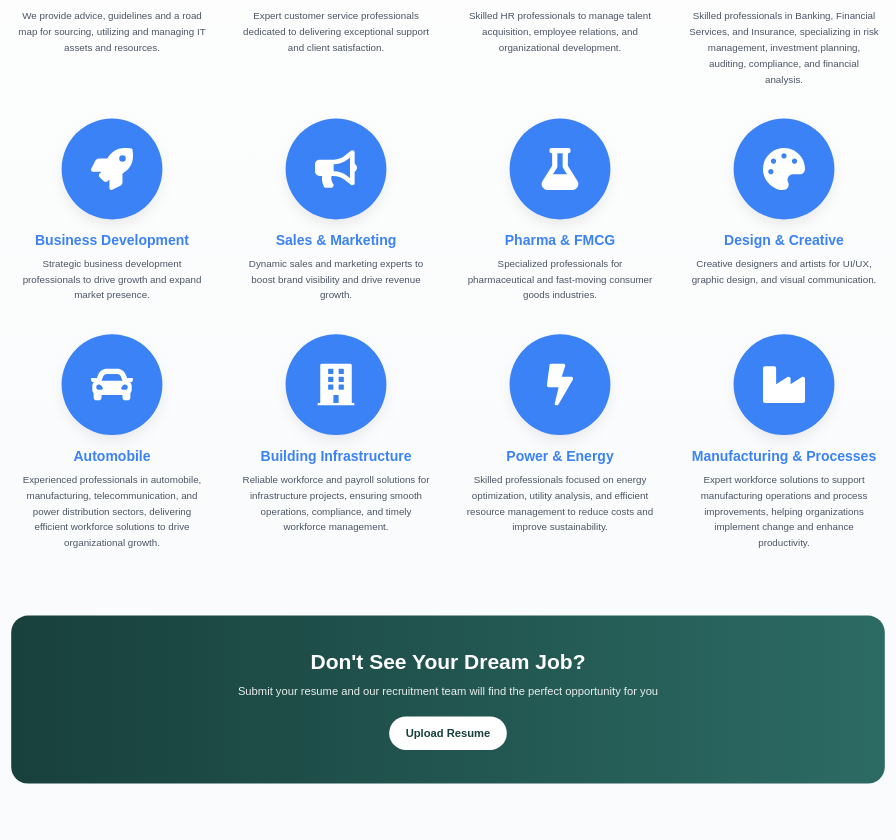
Repository: deepak445566/hiringnew
Page: / (app in hiring/)
The author's editor kept a copy of each file at every save. The page is drawn from the files as they stood at one save, then again after a run of saves.
The browser window is 1280 px wide. The pictures show the part of the page from y = 1368 to 3288 px (the page is 2568 px tall before and 3288 px after), at 70% of full size.
The project was rebuilt for these pictures with package versions that can differ from the ones it lists, and the page was loaded fresh each time. The framework's server and built-in components were replaced by stand-ins that run in the browser. Also part of the build but not shown: hiring/next.config.mjs.

Above is the page before, as saved 2026-03-26 14:03:41.

### hiring/src/app/layout.js
import { Geist, Geist_Mono } from "next/font/google";
import "./globals.css";
import Navbar from "@/components/Navbar";

const geistSans = Geist({
  variable: "--font-geist-sans",
  subsets: ["latin"],
});

const geistMono = Geist_Mono({
  variable: "--font-geist-mono",
  subsets: ["latin"],
});

// ✅ SEO Optimized Metadata
export const metadata = {
  title: {
    default: "ZHS Hiring Solutions | Recruitment Company in India",
    template: "%s | ZHS Hiring Solutions",
  },
  description:
    "ZHS Hiring Solutions is a leading recruitment and staffing company in India providing IT & non-IT hiring, HR consulting, and workforce solutions.",

  keywords: [
    "recruitment company",
    "hiring company India",
    "staffing solutions",
    "IT recruitment",
    "HR consultancy",
    "jobs in India",
  ],

  authors: [{ name: "ZHS Hiring Solutions" }],
  creator: "ZHS Hiring Solutions",

  metadataBase: new URL("https://yourdomain.com"),

  openGraph: {
    title: "ZHS Hiring Solutions",
    description:
      "Top recruitment company for IT & non-IT hiring services in India.",
    url: "https://yourdomain.com",
    siteName: "ZHS Hiring Solutions",
    locale: "en_IN",
    type: "website",
  },

  robots: {
    index: true,
    follow: true,
  },
};

export default function RootLayout({ children }) {
  return (
    <html
      lang="en"
      className={`${geistSans.variable} ${geistMono.variable} h-full antialiased`}
    >
      <body className="min-h-full flex flex-col">
        <Navbar/>
        {children}
      </body>
    </html>
  );
}

### hiring/src/app/page.js
import HeroPage from '@/components/HeroPage'
import SectorsPage from '@/components/SectorsPage'
import React from 'react'

function page() {
  return (
  <>
  <HeroPage/>
  <SectorsPage/>
  </>
  )
}

export default page

### hiring/src/components/Navbar.jsx
"use client";

import { useState, useEffect } from "react";
import Link from "next/link";
import { usePathname } from "next/navigation";
import {
  FaBars,
  FaTimes,
  FaHome,
  FaInfoCircle,
  FaBriefcase,
  FaUserTie,
  FaEnvelope,
} from "react-icons/fa";

const Navbar = () => {
  const [isOpen, setIsOpen] = useState(false);
  const [scrolled, setScrolled] = useState(false);

  const pathname = usePathname(); // ✅ current route

  const navLinks = [
    { id: "home", name: "Home", path: "/", icon: FaHome },
    { id: "about", name: "About", path: "/about", icon: FaInfoCircle },
    { id: "services", name: "Services", path: "/services", icon: FaBriefcase },
    { id: "career", name: "Career", path: "/career", icon: FaUserTie },
    { id: "contact", name: "Contact Us", path: "/contact", icon: FaEnvelope },
  ];

  // Scroll effect
  useEffect(() => {
    const handleScroll = () => {
      setScrolled(window.scrollY > 50);
    };

    window.addEventListener("scroll", handleScroll);
    return () => window.removeEventListener("scroll", handleScroll);
  }, []);

  return (
    <nav
      className={`fixed top-0 left-0 w-full z-50 transition-all duration-300 ${
        scrolled ? "bg-white shadow-lg py-2" : "bg-transparent py-2"
      }`}
    >
      <div className="container mx-auto px-4">
        <div className="flex justify-between items-center">

          {/* Logo */}
          <Link href="/" className="cursor-pointer">
            <img src="/images/logo5.png" className="h-12 w-auto" alt="logo" />
          </Link>

          {/* Desktop */}
          <div className="hidden md:flex items-center gap-2">
            {navLinks.map((link) => {
              const Icon = link.icon;
              const isActive = pathname === link.path;

              return (
                <Link
                  key={link.id}
                  href={link.path}
                  className={`px-4 py-2 rounded-full flex items-center gap-2 transition ${
                    isActive
                      ? "text-[#18403C] bg-[#18403C]/10"
                      : "text-gray-600 hover:text-[#18403C]"
                  }`}
                >
                  <Icon />
                  {link.name}
                </Link>
              );
            })}
          </div>

          {/* Mobile Button */}
          <button
            onClick={() => setIsOpen(!isOpen)}
            className="md:hidden"
          >
            {isOpen ? <FaTimes size={24} /> : <FaBars size={24} />}
          </button>
        </div>

        {/* Mobile Menu */}
        {isOpen && (
          <div className="md:hidden mt-4 bg-white p-4 rounded-xl shadow">
            {navLinks.map((link) => {
              const Icon = link.icon;
              const isActive = pathname === link.path;

              return (
                <Link
                  key={link.id}
                  href={link.path}
                  onClick={() => setIsOpen(false)}
                  className={`flex items-center gap-3 p-3 rounded-lg ${
                    isActive
                      ? "bg-[#18403C]/10 text-[#18403C]"
                      : "text-gray-600"
                  }`}
                >
                  <Icon />
                  {link.name}
                </Link>
              );
            })}
          </div>
        )}
      </div>
    </nav>
  );
};

export default Navbar;

### hiring/src/components/HeroPage.jsx
"use client";

import { useState, useEffect } from "react";
import { useRouter } from "next/navigation";
import Image from "next/image";

const HeroPage = () => {
  const router = useRouter();

  const goservice = () => {
    router.push("/services");
  };

  const gocareer = () => {
    router.push("/career");
  };

  const [currentSlide, setCurrentSlide] = useState(0);

  const slides = [
    { url: "/images/main1.jpg", alt: "Recruitment background 1" },
    { url: "/images/ne7.jpg", alt: "Recruitment background 2" },
    { url: "/images/ne3.jpg", alt: "Recruitment background 3" },
    { url: "/images/ne5.jpg", alt: "Recruitment background 4" },
  ];

  useEffect(() => {
    const interval = setInterval(() => {
      setCurrentSlide((prev) => (prev + 1) % slides.length);
    }, 5000);

    return () => clearInterval(interval);
  }, [slides.length]);

  const goToSlide = (index) => {
    setCurrentSlide(index);
  };

  return (
    <div className="relative min-h-screen w-full overflow-hidden">

      {/* Background Slider */}
      <div className="absolute inset-0">
        {slides.map((slide, index) => (
          <div
            key={index}
            className={`absolute inset-0 transition-opacity duration-1000 ${
              index === currentSlide ? "opacity-100" : "opacity-0"
            }`}
          >
            <Image
              src={slide.url}
              alt={slide.alt}
              fill
              priority={index === 0}
              className="object-cover"
            />
            <div className="absolute inset-0 bg-black/30"></div>
          </div>
        ))}
      </div>

      {/* Dots */}
      <div className="absolute bottom-8 left-1/2 -translate-x-1/2 z-20 flex gap-3">
        {slides.map((_, index) => (
          <button
            key={index}
            onClick={() => goToSlide(index)}
            className={`h-3 rounded-full ${
              index === currentSlide
                ? "bg-white w-6"
                : "bg-white/50 w-3"
            }`}
          />
        ))}
      </div>

      {/* Content */}
      <div className="relative z-10 flex min-h-screen items-center">
        <div className="container mx-auto px-4 mt-20">
          <div className="max-w-2xl">

            <h1 className="text-4xl md:text-5xl font-light text-white mb-4 park">
              <span className="font-semibold">Recruitment</span> process <br />
              with smart solutions.
            </h1>

            <p className="text-gray-200 mb-8">
              Your trusted partner in recruitment, connecting top talent with opportunities.
            </p>

            <div className="flex flex-col sm:flex-row gap-4">

              <button
                onClick={gocareer}
                className="px-8 py-3 bg-white text-[#1F514C] rounded-full font-semibold"
              >
                Free Consultation
              </button>

              <button
                onClick={goservice}
                className="px-8 py-3 border-2 border-white text-white rounded-full"
              >
                Explore Our Services
              </button>

            </div>
          </div>
        </div>
      </div>
    </div>
  );
};

export default HeroPage;

### hiring/src/components/ImageCardWrapper.jsx
"use client";

import React from "react";
import Image from "next/image";

const SplitPage = () => {
  return (
    <div className="min-h-screen bg-[#1F514C]">
      <div className="flex flex-col md:flex-row min-h-screen">

        {/* Left Section - 35% Width */}
        <div className="w-full md:w-[35%] bg-[#1F514C] text-white p-4 flex flex-col justify-center">
          <h1 className="mb-3 text-md bg-[#35625D] w-fit rounded-4xl px-4 py-2 font-medium">Our Services</h1>
          {/* Heading */}
          <h1 className="text-3xl md:text-4xl lg:text-5xl font-medium mb-6">
            Platform that matches with<span className="text-[#AEDA94]"> top-tier talent.</span>
          </h1>

          {/* Paragraph */}
          <p className="text-sm md:text-md text-indigo-100 mb-8 leading-relaxed">
            Our tailored approach integrates seamlessly with your existing systems, ensuring a smooth experience from start to finish.
          </p>

          {/* Button */}
          <button className="inline-flex items-center justify-center gap-2 px-8 py-3 bg-white text-[#1F514C] font-semibold rounded-lg transition duration-300 transform hover:scale-105 shadow-lg w-fit group">
            <span>Our Services</span>
            <img src="/images/ok2.svg" alt="Arrow icon" />
          </button>
        </div>

        {/* Right Section - 65% Width */}
        <div className="w-full md:w-[65%] flex flex-col">

          {/* Top Section - 10% Height */}
          <div className="h-[10%] bg-[#1F514C] border-b border-[#1F514C] px-6 md:px-8 lg:px-12 flex items-center">
            <div className="flex flex-wrap gap-2 mt-3">
              {/* Tag 1 */}
              <span className="px-2 py-2 bg-indigo-100 text-indigo-700 rounded-full text-sm font-semibold hover:bg-indigo-200 transition cursor-pointer">
                Custom Recruitment Strategies
              </span>
              {/* Tag 2 */}
              <span className="px-2 py-2 bg-green-100 text-green-700 rounded-full text-sm font-semibold hover:bg-green-200 transition cursor-pointer">
                Advanced Candidate Matching
              </span>
              {/* Tag 3 */}
              <span className="px-2 py-2 bg-purple-100 text-purple-700 rounded-full text-sm font-semibold hover:bg-purple-200 transition cursor-pointer">
                Seamless HR Integration
              </span>
            </div>
          </div>

          {/* Bottom Section - 90% Height */}
          <div className="h-[90%] bg-[#1F514C] p-6 md:p-8 lg:p-12 overflow-auto">
            <div className="bg-[#35625D] border border-white rounded-2xl shadow-xl overflow-hidden h-full">
              <div className="flex flex-col lg:flex-row h-full">

                {/* Left side of bottom section - Content */}
                <div className="w-full lg:w-[60%] p-6 md:p-8">
                  {/* Heading */}
                  <h2 className="text-2xl md:text-3xl font-bold text-white mb-4">
                    We know every business has unique hiring needs.
                  </h2>

                  {/* Paragraph */}
                  <p className="text-white mb-6 leading-relaxed">
                    We learn about your specific workforce demands and design a recruitment process that attracts the right candidates, enhancing the quality of your hires
                  </p>

                  {/* Bullet Points */}
                  <div className="space-y-3 lg:mb-20">
                    <div className="flex items-start gap-3">
                      <svg className="w-6 h-6 text-white mt-1 flex-shrink-0" fill="none" stroke="currentColor" viewBox="0 0 24 24">
                        <path strokeLinecap="round" strokeLinejoin="round" strokeWidth={2} d="M5 13l4 4L19 7" />
                      </svg>
                      <span className="text-white">Better Talent Fit</span>
                    </div>
                    <div className="flex items-start gap-3">
                      <svg className="w-6 h-6 text-white mt-1 flex-shrink-0" fill="none" stroke="currentColor" viewBox="0 0 24 24">
                        <path strokeLinecap="round" strokeLinejoin="round" strokeWidth={2} d="M5 13l4 4L19 7" />
                      </svg>
                      <span className="text-white">Enhanced Hiring Quality</span>
                    </div>
                    <div className="flex items-start gap-3">
                      <svg className="w-6 h-6 text-white mt-1 flex-shrink-0" fill="none" stroke="currentColor" viewBox="0 0 24 24">
                        <path strokeLinecap="round" strokeLinejoin="round" strokeWidth={2} d="M5 13l4 4L19 7" />
                      </svg>
                      <span className="text-white">Reduced Turnover</span>
                    </div>
                  </div>
                </div>

                {/* Right side of bottom section - Image */}
                <div className="w-full lg:w-[40%] bg-indigo-50 flex items-center justify-center">
                  <Image
                    src="/images/women.jpeg"
                    alt="Team collaboration"
                    width={500}
                    height={500}
                    className="w-full h-full object-cover shadow-lg"
                    priority
                  />
                </div>
              </div>
            </div>
          </div>
        </div>
      </div>
    </div>
  );
};

export default SplitPage;

Loaded but not shown: hiring/src/app/globals.css (common file); hiring/src/components/SectorsPage.jsx (289 lines, source omitted)

After the next 4 saves:
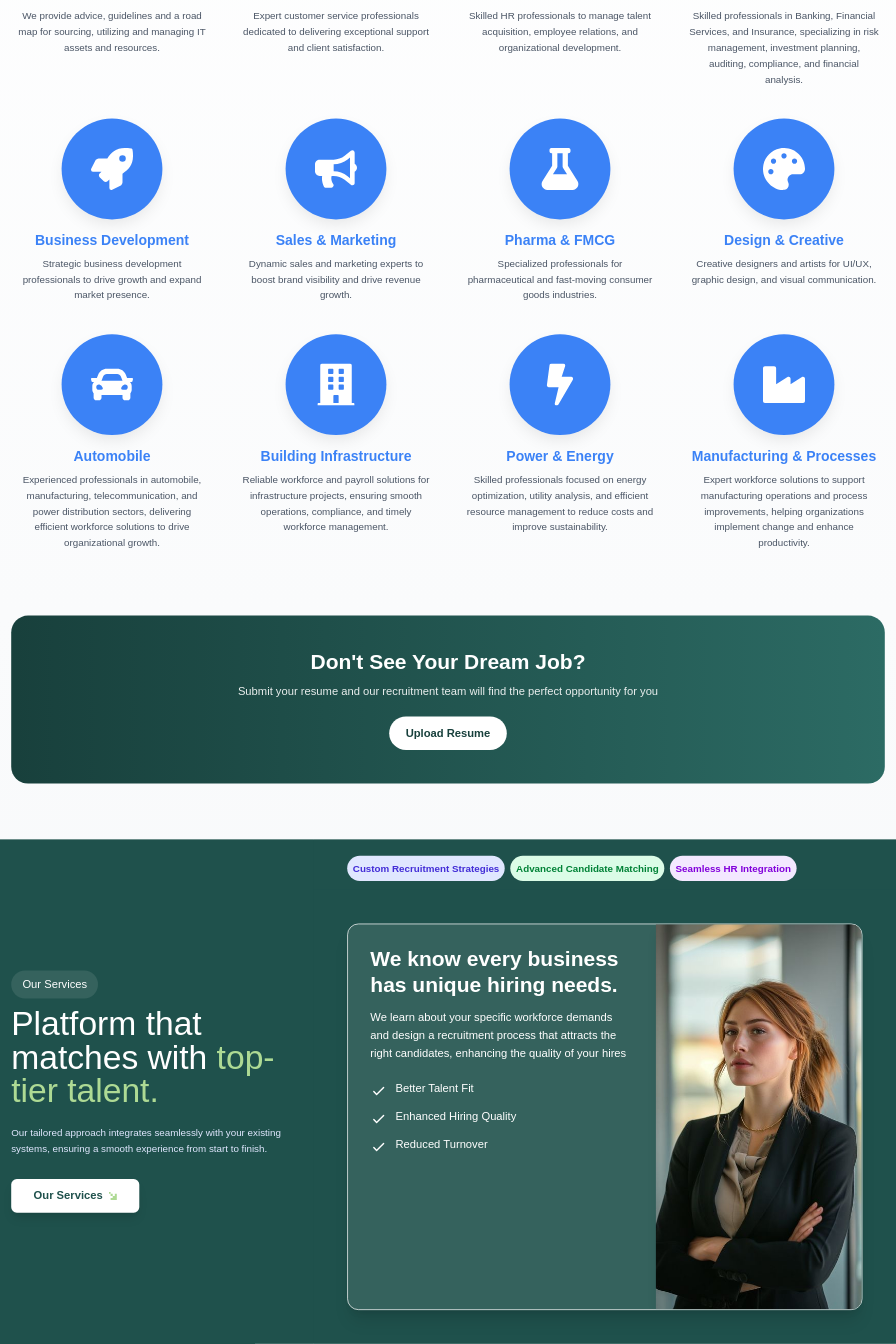
The 4 saves are shown as one change because 1 did not build or start and some came seconds apart.
The last was saved 29 s later.
--- a/hiring/src/app/page.js
+++ b/hiring/src/app/page.js
@@ -1,4 +1,5 @@
 import HeroPage from '@/components/HeroPage'
+import SplitPage from '@/components/ImageCardWrapper'
 import SectorsPage from '@/components/SectorsPage'
 import React from 'react'
 
@@ -7,6 +8,7 @@ function page() {
   <>
   <HeroPage/>
   <SectorsPage/>
+  <SplitPage/>
   </>
   )
 }
